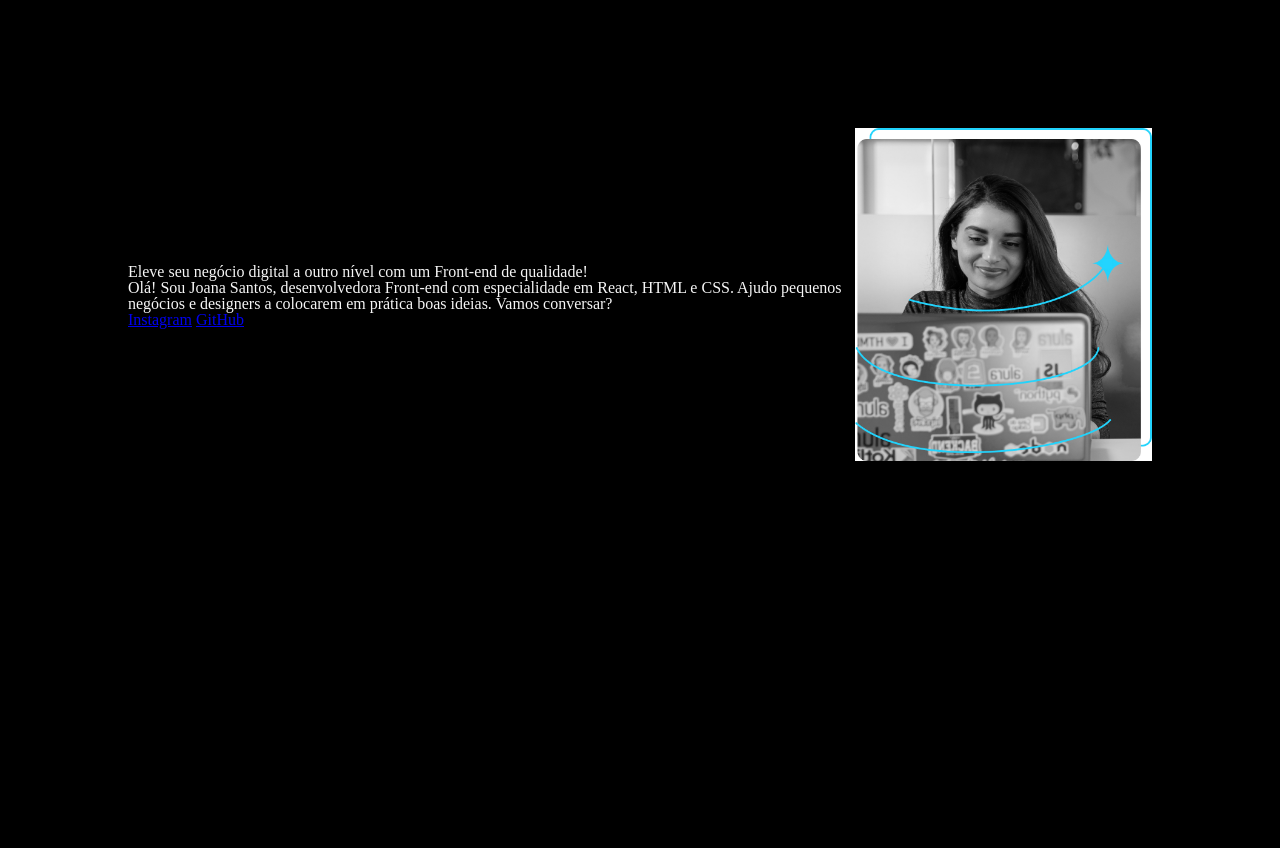
Repository: joaoPraiaJunior/html-basico
Page: index.html
An editor plug-in stored every save of this project. The page is shown before and after the next save, followed by the edit.
The browser window is 1280 px wide. The pictures show the whole page.

Above is the page before, as saved 2024-06-01 18:10:21.

After the next save:
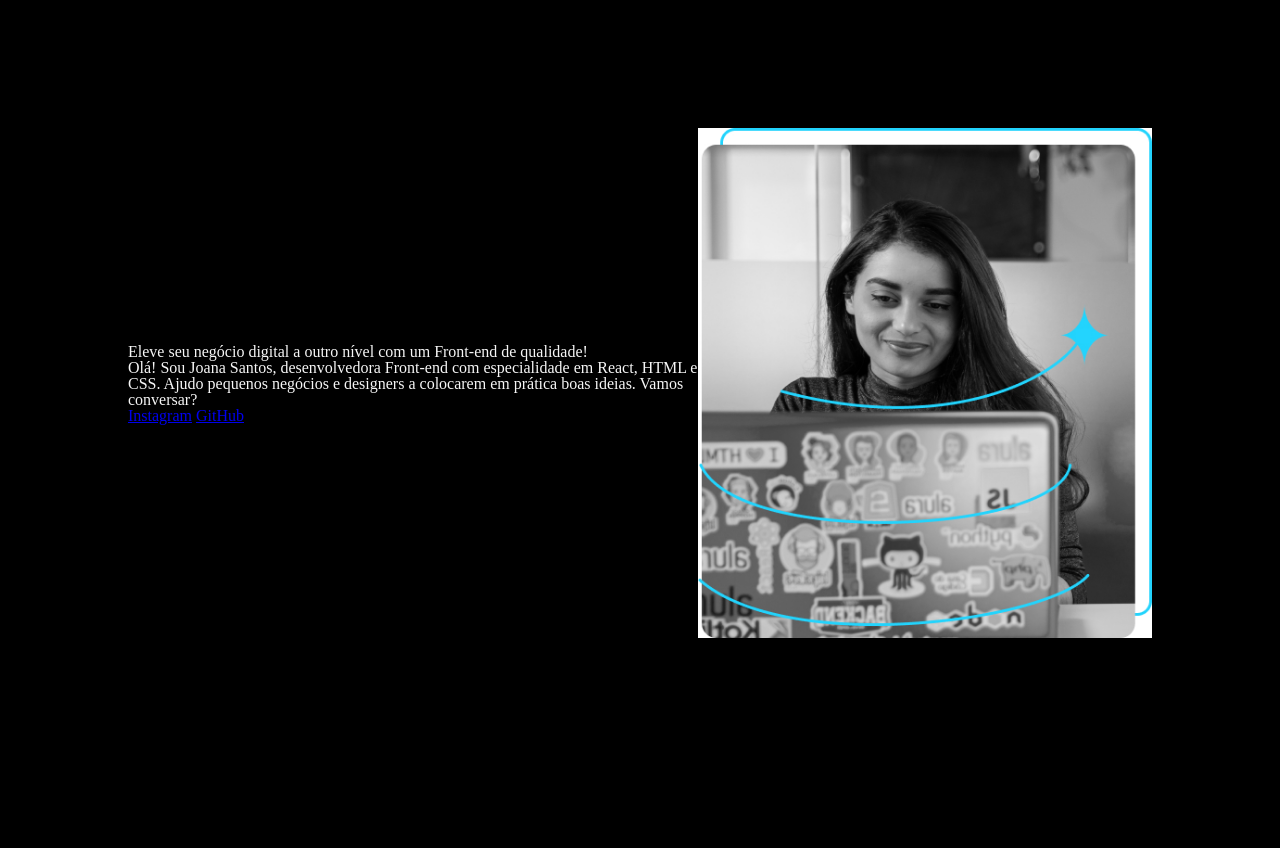
Saved 83 s later.
--- a/css/style.css
+++ b/css/style.css
@@ -15,6 +15,11 @@
   align-items: center;
 }
 
+.apresentacao__conteudo {
+  width: 615px;
+
+}
+
 img {
   max-width: 100%;
 }
